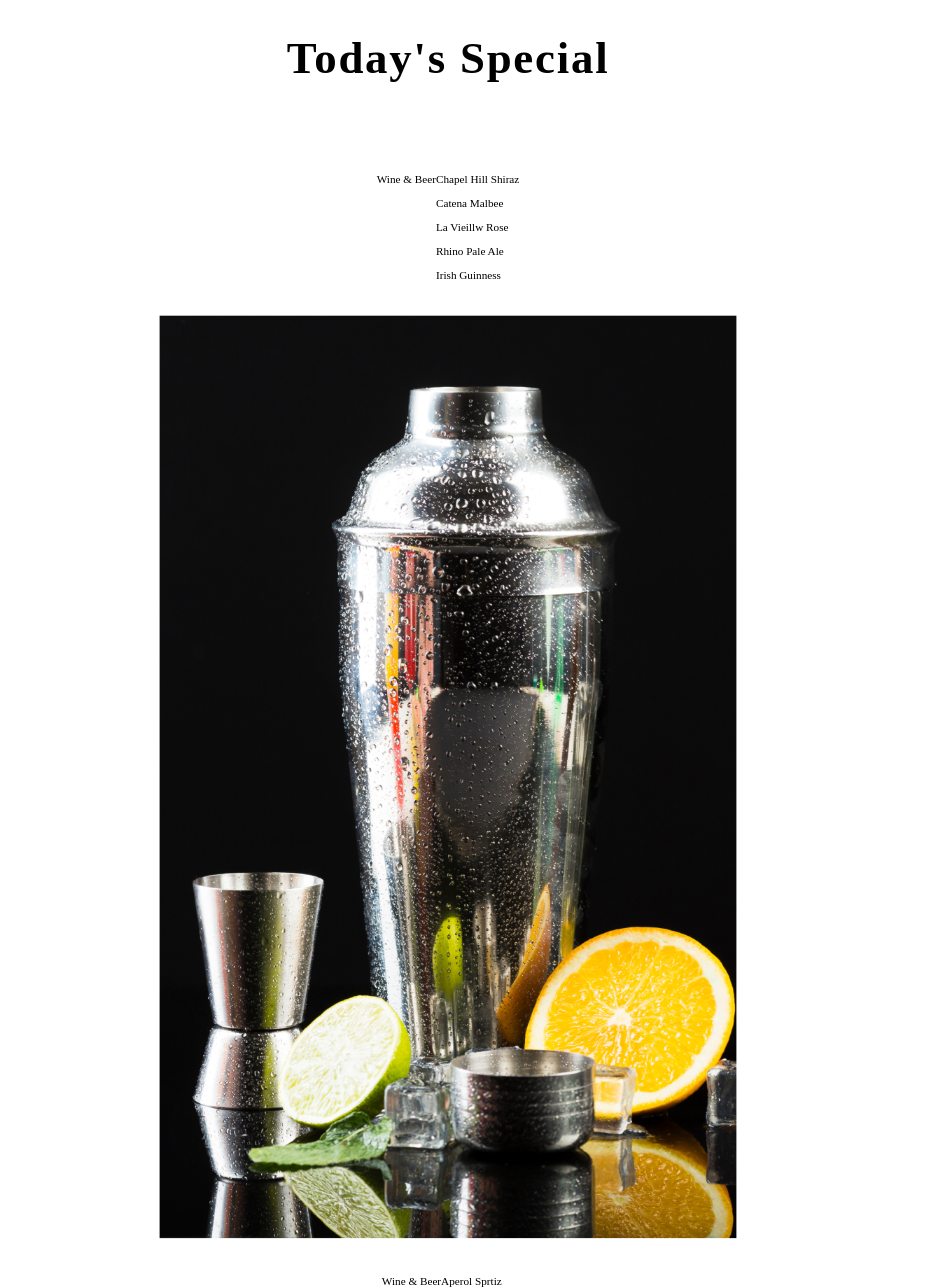
Repository: remydev47/restaurant
Page: /
The author's editor kept a copy of each file at every save. The page is drawn from the files as they stood at one save, then again after the next save.
The browser window is 1280 px wide. The page is 1336 px wide, so the pictures cover 1336 px, including what lies to the right of the window. The pictures show the part of the page from y = 2547 to 4387 px (the page is 4751 px tall before and 4479 px after), at 70% of full size.
Backgrounds fixed to the window are drawn as part of the page. The project was rebuilt for these pictures with package versions that can differ from the ones it lists, and the page was loaded fresh each time. Also part of the build but not shown: src/container/Chef/Chef.css, src/components/Footer/Newsletter.jsx, src/components/Footer/FooterOverlay.jsx, src/components/Menuitem/MenuItem.css. Imported but missing from the stored project, and not drawn on this page: src/assets/meal.mp4.

Above is the page before, as saved 2022-03-15 16:24:17.

After the next save:
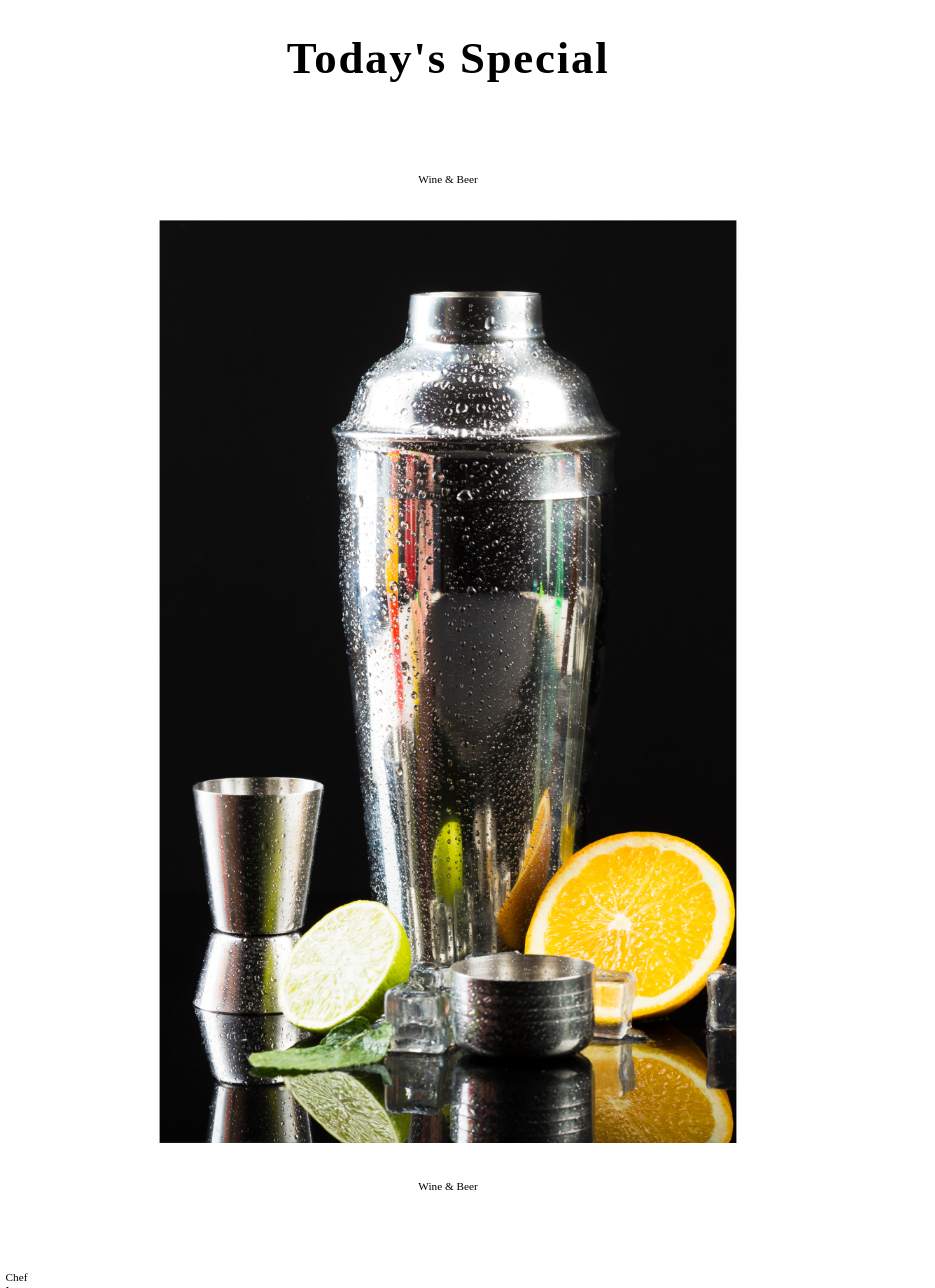
Saved 18 s later.
--- a/src/container/Menu/SpecialMenu.jsx
+++ b/src/container/Menu/SpecialMenu.jsx
@@ -17,7 +17,7 @@ const SpecialMenu = () => (
       </div>
       <div className='app__specialMenu_menu_items'>
         {data.wines.map((wine, index) => (
-          <p>{wine.title}</p>
+         <MenuItem key={wine.title + index} title={wine.title} price={wine.price} tags={wine.tags} />
         ))}
       </div>
     </div>
@@ -32,7 +32,7 @@ const SpecialMenu = () => (
       </div>
       <div className='app__specialMenu_menu_items'>
         {data.cocktails.map((cocktail, index) => (
-          <p>{cocktail.title}</p>
+          <MenuItem key={cocktail.title + index} title={cocktail.title} price={cocktail.price} tags={cocktail.tags} />
         ))}
       </div>
     </div>
